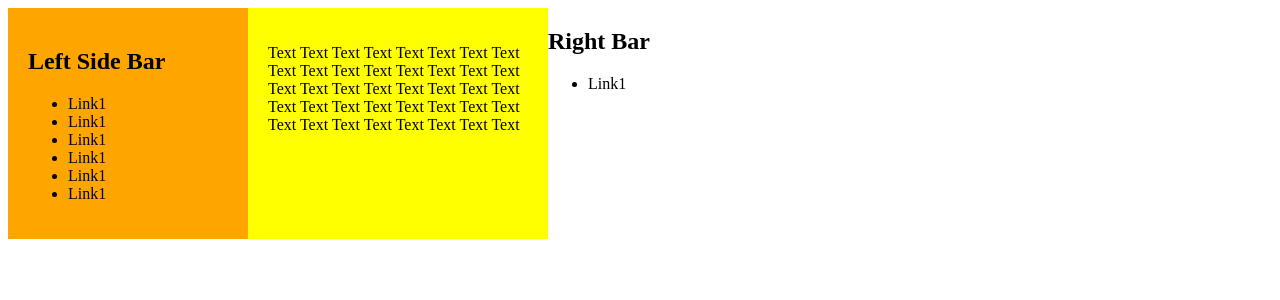
Repository: lixinso/html5
Page: workspace/CSS3/WebContent/layout/layout_box_layout.html
These files come from the project's save history. The page is drawn as it stood at one moment and after the next save; the edit follows.
The browser window is 1280 px wide. The pictures show the whole page.

Above is the page before, as saved 2011-05-28 16:19:39.

After the next save:
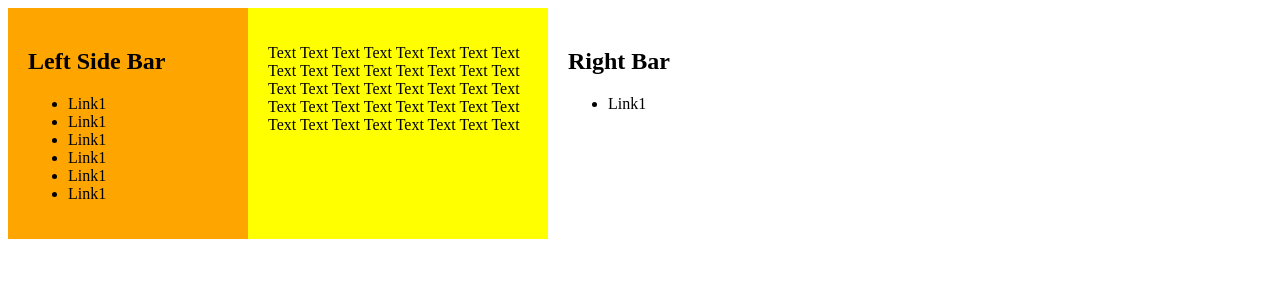
Saved 13 s later.
--- a/workspace/CSS3/WebContent/layout/layout_box_layout.html
+++ b/workspace/CSS3/WebContent/layout/layout_box_layout.html
@@ -20,6 +20,8 @@
 		background-color: yellow;
 	}
 	#right-sidebar{
+		width: 200px;
+		padding: 20px;
 
 	}
 	#right-sidebar, #contents, #right-sidebar{
